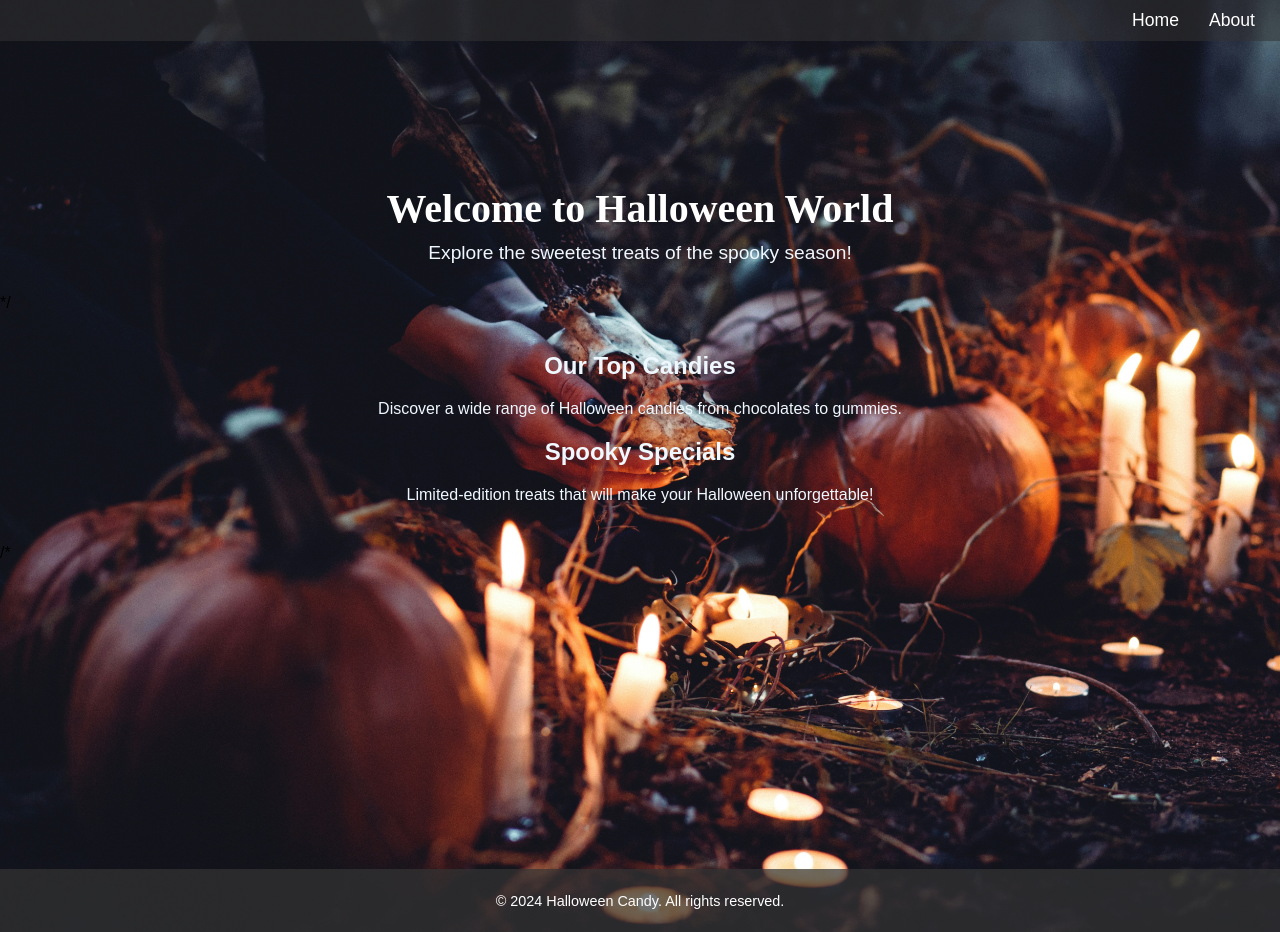
Repository: monicaifijeh/test2
Page: kyportfolio/src/indexHallo.html
These files come from the project's save history. The page is drawn as it stood at one moment and after the next save; the edit follows.
The browser window is 1280 px wide. The pictures show the whole page.

Above is the page before, as saved 2024-12-20 17:57:58.

After the next save:
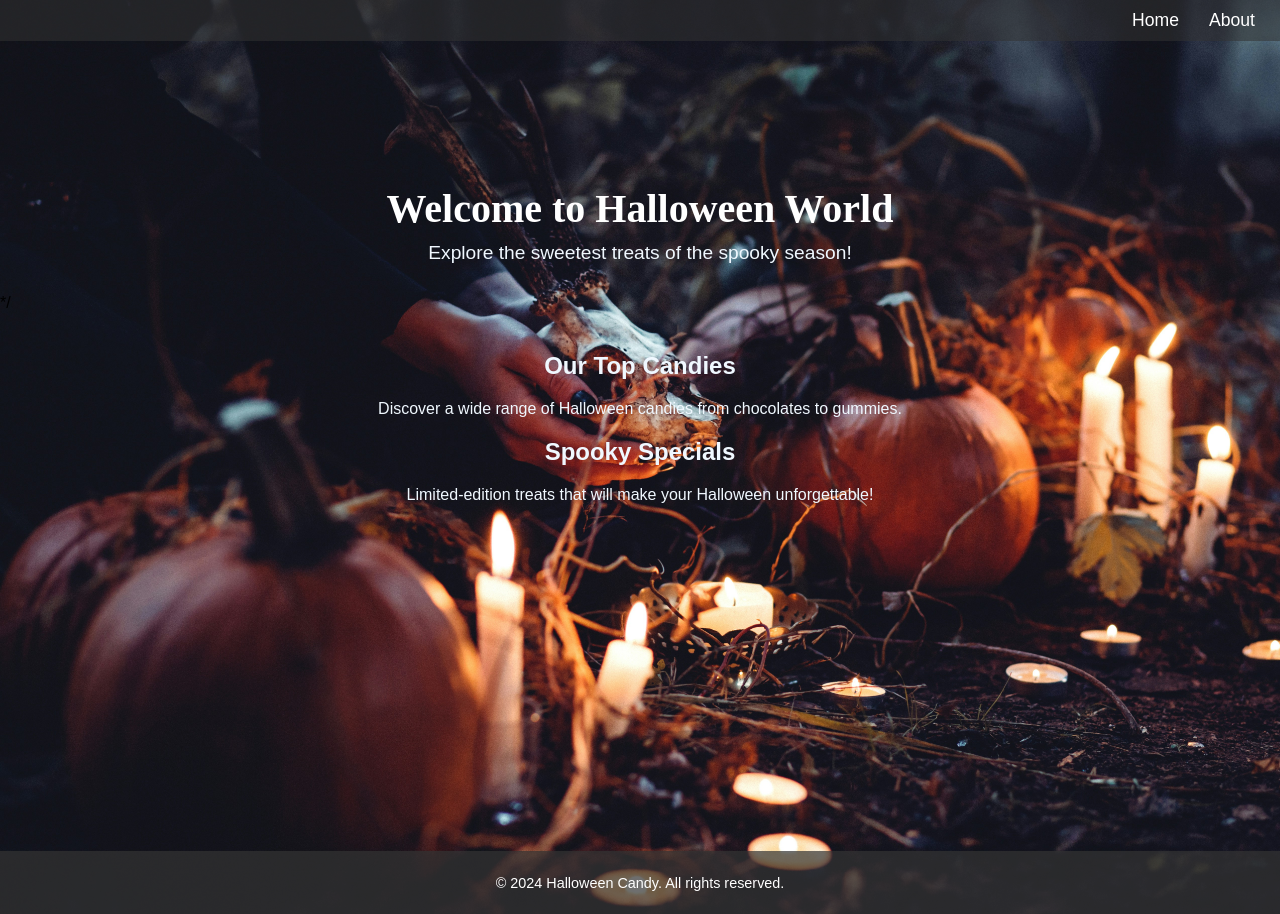
Saved 33 s later.
--- a/kyportfolio/src/indexHallo.html
+++ b/kyportfolio/src/indexHallo.html
@@ -30,7 +30,7 @@
           Limited-edition treats that will make your Halloween unforgettable!
         </p>
       </section>
-    </main>/*
+    </main>
     <footer>
       <p>&copy; 2024 Halloween Candy. All rights reserved.</p>
     </footer>
